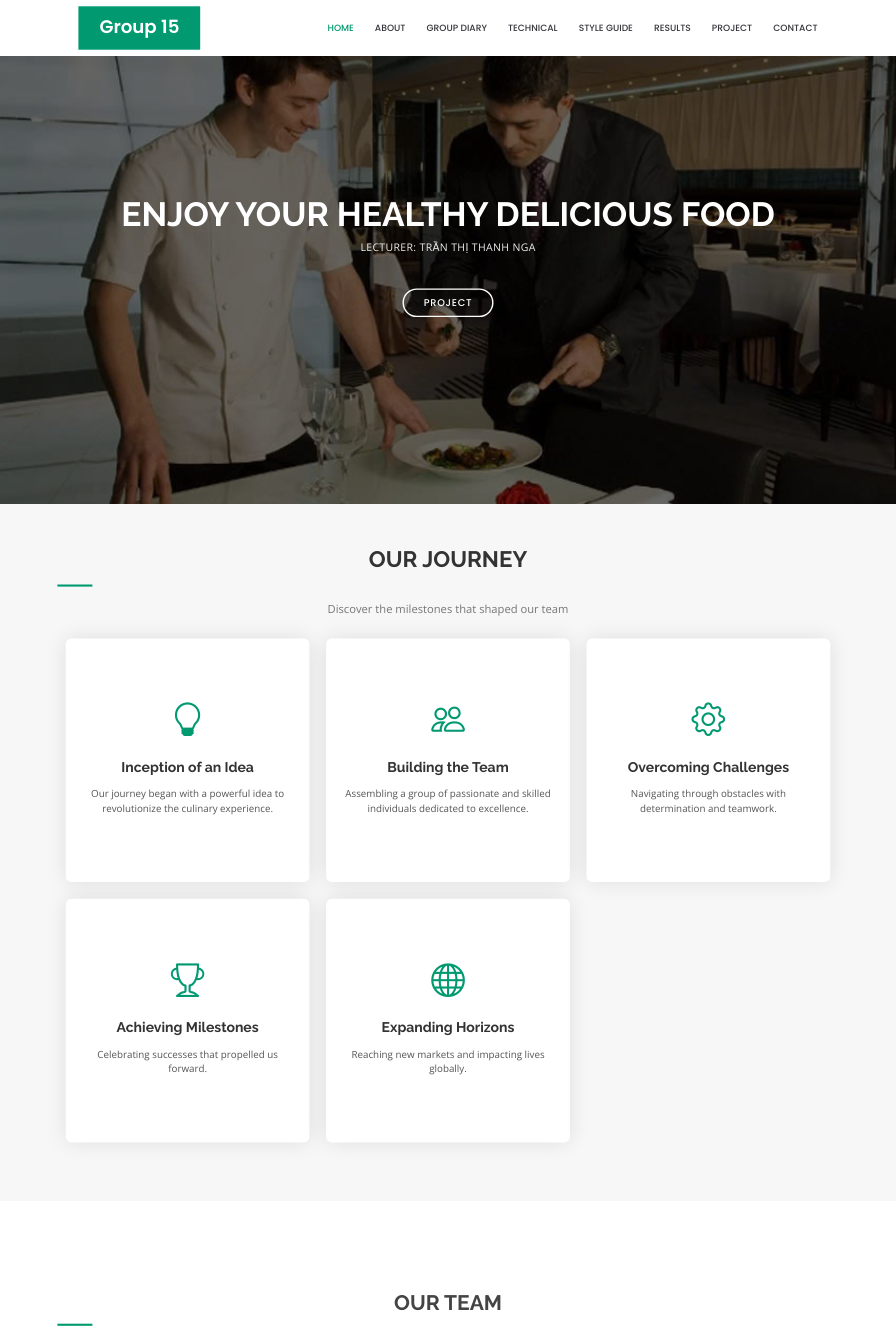
Repository: HoangKhangKhuPho4/Group_Web
Page: index.html
An editor plug-in stored every save of this project. The page is shown before and after the next save, followed by the edit.
The browser window is 1280 px wide. The pictures show the part of the page from y = 0 to 1920 px (the page is 2787 px tall), at 70% of full size.
Backgrounds fixed to the window are drawn as part of the page.

Above is the page before, as saved 2024-10-20 08:45:55.

### index.html
<!DOCTYPE html>
<html lang="en">

<head>
  <meta charset="utf-8">
  <meta content="width=device-width, initial-scale=1.0" name="viewport">

  <title>Group 15</title>
  <meta content="" name="description">
  <meta content="" name="keywords">

  <!-- Favicons -->
  <link href="assets/img/favicon.png" rel="icon">
  <link href="assets/img/apple-touch-icon.png" rel="apple-touch-icon">

  <!-- Google Fonts -->
  <link
  href="https://fonts.googleapis.com/css?family=Open+Sans:300,300i,400,400i,600,600i,700,700i|Raleway:300,300i,400,400i,500,500i,600,600i,700,700i|Poppins:300,300i,400,400i,500,500i,600,600i"
  rel="stylesheet">

  <!-- Vendor CSS Files -->
  <link href="assets/vendor/aos/aos.css" rel="stylesheet">
  <link href="assets/vendor/bootstrap/css/bootstrap.min.css" rel="stylesheet">
  <link href="assets/vendor/bootstrap-icons/bootstrap-icons.css" rel="stylesheet">
  <link href="assets/vendor/boxicons/css/boxicons.min.css" rel="stylesheet">
  <link href="assets/vendor/glightbox/css/glightbox.min.css" rel="stylesheet">
  <link href="assets/vendor/remixicon/remixicon.css" rel="stylesheet">
  <link href="assets/vendor/swiper/swiper-bundle.min.css" rel="stylesheet">

  <!-- Template Main CSS File -->
  <link href="assets/css/style.css" rel="stylesheet">

  <!-- Custom CSS -->


</head>

<body>

  <!-- ======= Header ======= -->
  <header id="header" class="fixed-top d-flex align-items-center">
    <div class="container">
      <div class="header-container d-flex align-items-center justify-content-between">
        <div class="logo">
          <h1 class="text-light"><a href="index.html"><span>Group 15</span></a></h1>
        </div>

        <nav id="navbar" class="navbar">
          <ul>
            <li><a class="nav-link scrollto active" href="index.html">Home</a></li>
            <li><a class="nav-link scrollto" href="about.html">About</a></li>
            <li><a class="nav-link scrollto" href="groupDiary.html">Group Diary</a></li>
            <li><a class="nav-link scrollto" href="technical.html">Technical</a></li>
            <li><a class="nav-link scrollto" href="styleguide.html">Style Guide</a></li>
            <li><a class="nav-link scrollto" href="results.html">Results</a></li>
            <li><a class="nav-link scrollto" href="project.html">Project</a></li>
            <li><a class="nav-link scrollto" href="contact.html">Contact</a></li>
          </ul>
          <i class="bi bi-list mobile-nav-toggle"></i>
        </nav>
        <!-- .navbar -->

      </div>
      <!-- End Header Container -->
    </div>
  </header>
  <!-- End Header -->

  <!-- Bắt đầu phần nội dung chính -->
  <div class="content-wrap">
    <!-- ======= Hero Section ======= -->
    <section id="hero" class="d-flex align-items-center" style="padding-top: 80px;">
      <div class="container text-center position-relative" data-aos="fade-in" data-aos-delay="200">
        <h1>ENJOY YOUR HEALTHY DELICIOUS FOOD</h1>
        <h2>Lecturer: Trần Thị Thanh Nga</h2>
        <a href="https://caominhhieu22130081.github.io/nhom11-giaotiepnguoimay-master/" target="_blank"
          class="btn-get-started scrollto">Project</a>
      </div>
    </section>
    <!-- End Hero -->

    <main id="main">

      <!-- ======= Our Journey Section ======= -->
      <section id="our-team-story" class="our-team-story">
        <div class="container" data-aos="fade-up">
          <div class="section-title text-center">
            <h2>Our Journey</h2>
            <p>Discover the milestones that shaped our team</p>
          </div>

          <div class="story-container">
            <div class="row">

              <!-- Story Item 1 -->
              <div class="col-lg-4 col-md-6 mb-4">
                <div class="story-item" data-aos="fade-up" data-aos-delay="100">
                  <div class="icon-box">
                    <div class="icon">
                      <i class="bi bi-lightbulb"></i>
                    </div>
                    <h4 class="title">Inception of an Idea</h4>
                    <p class="description">Our journey began with a powerful idea to revolutionize the culinary experience.</p>
                  </div>
                </div>
              </div>

              <!-- Story Item 2 -->
              <div class="col-lg-4 col-md-6 mb-4">
                <div class="story-item" data-aos="fade-up" data-aos-delay="200">
                  <div class="icon-box">
                    <div class="icon">
                      <i class="bi bi-people"></i>
                    </div>
                    <h4 class="title">Building the Team</h4>
                    <p class="description">Assembling a group of passionate and skilled individuals dedicated to excellence.</p>
                  </div>
                </div>
              </div>

              <!-- Story Item 3 -->
              <div class="col-lg-4 col-md-6 mb-4">
                <div class="story-item" data-aos="fade-up" data-aos-delay="300">
                  <div class="icon-box">
                    <div class="icon">
                      <i class="bi bi-gear"></i>
                    </div>
                    <h4 class="title">Overcoming Challenges</h4>
                    <p class="description">Navigating through obstacles with determination and teamwork.</p>
                  </div>
                </div>
              </div>

              <!-- Story Item 4 -->
              <div class="col-lg-4 col-md-6 mb-4">
                <div class="story-item" data-aos="fade-up" data-aos-delay="400">
                  <div class="icon-box">
                    <div class="icon">
                      <i class="bi bi-trophy"></i>
                    </div>
                    <h4 class="title">Achieving Milestones</h4>
                    <p class="description">Celebrating successes that propelled us forward.</p>
                  </div>
                </div>
              </div>

              <!-- Story Item 5 -->
              <div class="col-lg-4 col-md-6 mb-4">
                <div class="story-item" data-aos="fade-up" data-aos-delay="500">
                  <div class="icon-box">
                    <div class="icon">
                      <i class="bi bi-globe"></i>
                    </div>
                    <h4 class="title">Expanding Horizons</h4>
                    <p class="description">Reaching new markets and impacting lives globally.</p>
                  </div>
                </div>
              </div>

            </div>
          </div>
        </div>
      </section>
      <!-- End Our Journey Section -->

      <!-- ======= Our Team Section ======= -->
      <section id="portfolio-details" class="portfolio-details" style="margin-top: 4%;">
        <div class="container">

          <div class="section-title text-center">
            <h2 style="font-size:30px; padding: 15px 30px;"><b>OUR TEAM</b></h2>
          </div>

          <div class="row gy-4">

            <div class="col-lg-6">
              <div class="portfolio-details-slider swiper">
                <div class="swiper-wrapper align-items-center">

                  <div class="swiper-slide">
                    <img src="assets/img/portfolio/portfolio-details-1.jpg" alt="">
                  </div>

                  <div class="swiper-slide">
                    <img src="assets/img/portfolio/portfolio-details-2.jpg" alt="">
                  </div>

                  <div class="swiper-slide">
                    <img src="assets/img/portfolio/portfolio-details-3.jpg" alt="">
                  </div>

                </div>
                <div class="swiper-pagination"></div>
              </div>
            </div>

            <div class="col-lg-6">
              <div class="portfolio-info">
                <h3>Group Information</h3>
                <ul>
                  <li><strong>Group Name</strong>: Group 15</li>
                  <li><strong>Number of Members</strong>: 7 members</li>
                  <li><strong>Specialization</strong>: Computer Science</li>
                  <li><strong>University</strong>: Hanoi University of Science and Technology</li>
                  <li><strong>Slogan</strong>: "Together we innovate, together we succeed."</li>
                </ul>
              </div>

            </div>

          </div>

        </div>
      </section>
      <!-- End Our Team Section -->

    </main>
    <!-- End #main -->
  </div>
  <!-- Kết thúc phần nội dung chính -->

  <!-- ======= Footer ======= -->
  <footer id="footer">
    <!-- ... (giữ nguyên nội dung footer) ... -->
    <div class="footer-container">
      <div class="footer-column">
        <h4>About Us</h4>
        <p>We are a team of passionate individuals dedicated to delivering the best services to our clients. Our mission
          is to provide innovative solutions and exceptional customer service.</p>
      </div>
      <div class="footer-column">
        <h4>Useful Links</h4>
        <ul>
          <li><a href="index.html">Home</a></li>
          <li><a href="about.html">About Us</a></li>
          <li><a href="services.html">Services</a></li>
          <li><a href="terms.html">Terms of Service</a></li>
          <li><a href="privacy.html">Privacy Policy</a></li>
        </ul>
      </div>
      <div class="footer-column">
        <h4>Services</h4>
        <ul>
          <li><a href="#">Web Design</a></li>
          <li><a href="#">Web Development</a></li>
          <li><a href="#">Marketing</a></li>
          <li><a href="#">Graphic Design</a></li>
          <li><a href="#">Technical Support</a></li>
        </ul>
      </div>
      <div class="footer-column">
        <h4>Contact Us</h4>
        <p>
          123 ABC Street, XYZ District<br>
          City, Country<br>
          Phone: +84 123 456 789<br>
          Email: info@example.com
        </p>
      </div>
    </div>
    <div class="footer-bottom">
      <div class="container d-md-flex py-4">
        <div class="me-md-auto text-center text-md-start">
          <div class="copyright">
            &copy; Copyright <strong><span>Group 15</span></strong>. All Rights Reserved
          </div>
          <div class="credits">
            Designed by <a href="#">Group 15</a>
          </div>
        </div>
        <div class="social-links text-center text-md-right pt-3 pt-md-0">
          <a href="#" class="twitter" title="Twitter"><i class="bx bxl-twitter"></i></a>
          <a href="#" class="facebook" title="Facebook"><i class="bx bxl-facebook"></i></a>
          <a href="#" class="instagram" title="Instagram"><i class="bx bxl-instagram"></i></a>
          <a href="#" class="google-plus" title="Skype"><i class="bx bxl-skype"></i></a>
          <a href="#" class="linkedin" title="LinkedIn"><i class="bx bxl-linkedin"></i></a>
        </div>
      </div>
    </div>
  </footer>
  <!-- End Footer -->

  <!-- Back to Top -->
  <a href="#" class="back-to-top d-flex align-items-center justify-content-center"><i
      class="bi bi-arrow-up-short"></i></a>

  <!-- Vendor JS Files -->
  <script src="assets/vendor/aos/aos.js"></script>
  <script src="assets/vendor/bootstrap/js/bootstrap.bundle.min.js"></script>
  <script src="assets/vendor/purecounter/purecounter.js"></script>
  <script src="assets/vendor/glightbox/js/glightbox.min.js"></script>
  <script src="assets/vendor/isotope-layout/isotope.pkgd.min.js"></script>
  <script src="assets/vendor/swiper/swiper-bundle.min.js"></script>
  <!-- Template Main JS File -->
  <script src="assets/js/main.js"></script>

  <!-- Initialize AOS -->
  <script>
    AOS.init({
      duration: 1000,
      once: true,
    });
  </script>

</body>

</html>

Loaded but not shown: assets/vendor/aos/aos.css (library); assets/vendor/bootstrap/css/bootstrap.min.css (library); assets/vendor/bootstrap-icons/bootstrap-icons.css (library); assets/vendor/boxicons/css/boxicons.min.css (library); assets/vendor/glightbox/css/glightbox.min.css (library); assets/vendor/remixicon/remixicon.css (library); assets/vendor/swiper/swiper-bundle.min.css (library); assets/vendor/aos/aos.js (library); assets/vendor/bootstrap/js/bootstrap.bundle.min.js (library); assets/vendor/purecounter/purecounter.js (library); assets/vendor/glightbox/js/glightbox.min.js (library); assets/vendor/isotope-layout/isotope.pkgd.min.js (library); assets/vendor/swiper/swiper-bundle.min.js (library); assets/js/main.js (252 lines, source omitted); assets/css/style.css (830 lines, source omitted)

After the next save:
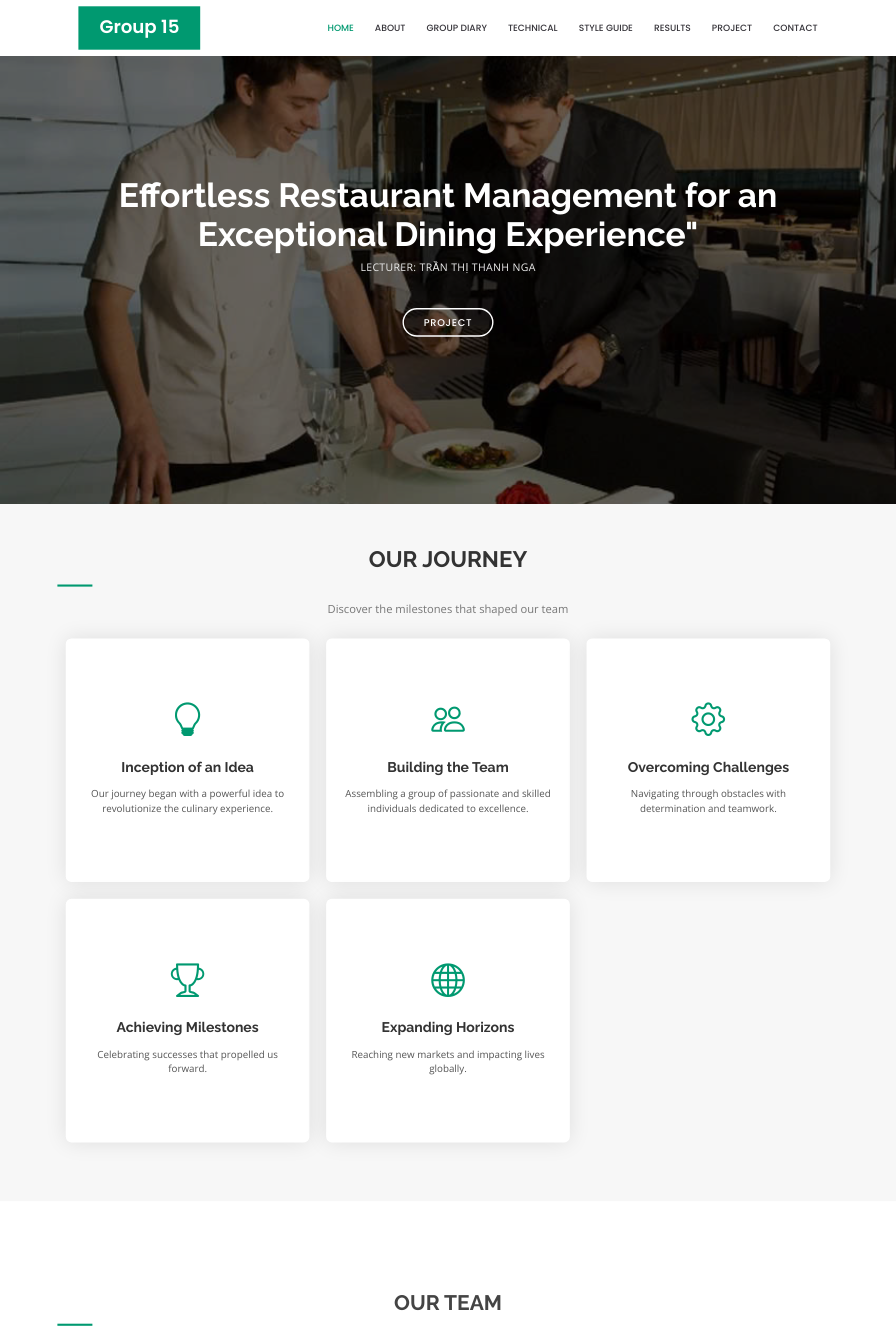
Saved 2 min 8 s later.
--- a/index.html
+++ b/index.html
@@ -71,7 +71,7 @@
     <!-- ======= Hero Section ======= -->
     <section id="hero" class="d-flex align-items-center" style="padding-top: 80px;">
       <div class="container text-center position-relative" data-aos="fade-in" data-aos-delay="200">
-        <h1>ENJOY YOUR HEALTHY DELICIOUS FOOD</h1>
+        <h1>Effortless Restaurant Management for an Exceptional Dining Experience"</h1>
         <h2>Lecturer: Trần Thị Thanh Nga</h2>
         <a href="https://caominhhieu22130081.github.io/nhom11-giaotiepnguoimay-master/" target="_blank"
           class="btn-get-started scrollto">Project</a>
